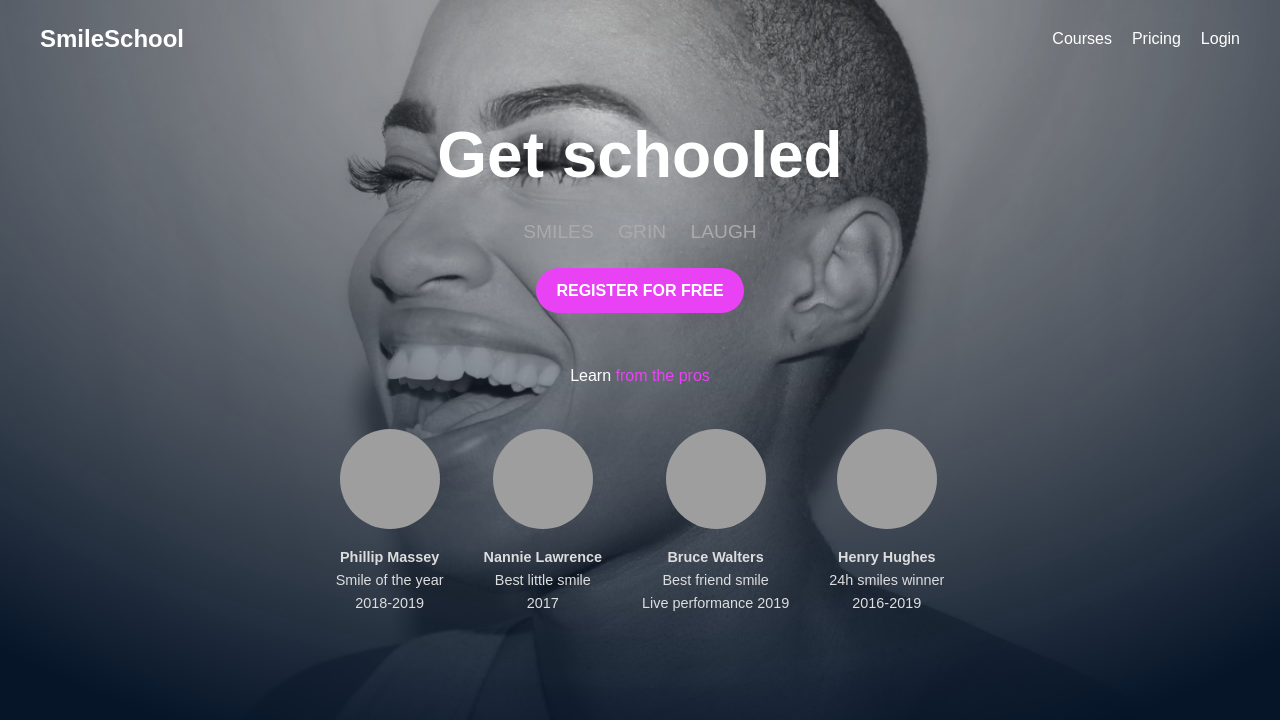
Repository: Patience225/alx_html_css
Page: css_advanced/index.html
The author's editor kept a copy of each file at every save. The page is drawn from the files as they stood at one save, then again after the next save.
The browser window is 1280 px wide. The pictures show the whole page.
Pictures or frames that could not be fetched are drawn as grey boxes.

Above is the page before, as saved 2025-01-03 21:04:31.

After the next save:
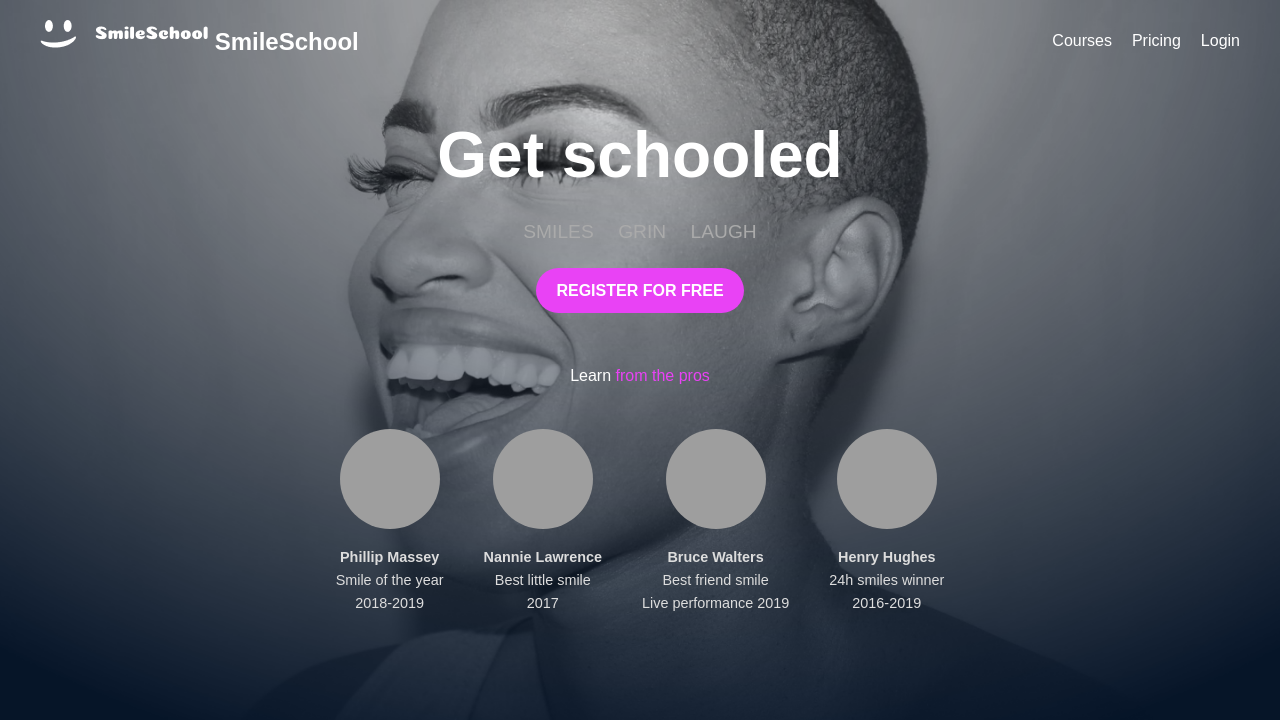
Saved 4 s later.
--- a/css_advanced/index.html
+++ b/css_advanced/index.html
@@ -9,7 +9,7 @@
 <body>
     <header class="header">
         <nav class="navbar">
-            <div class="logo">  SmileSchool</div>
+            <div class="logo"> <img src="images/logo.png" alt="Logo" /> SmileSchool</div>
             <ul class="nav-links">
                 <li><a href="#">Courses</a></li>
                 <li><a href="#">Pricing</a></li>
